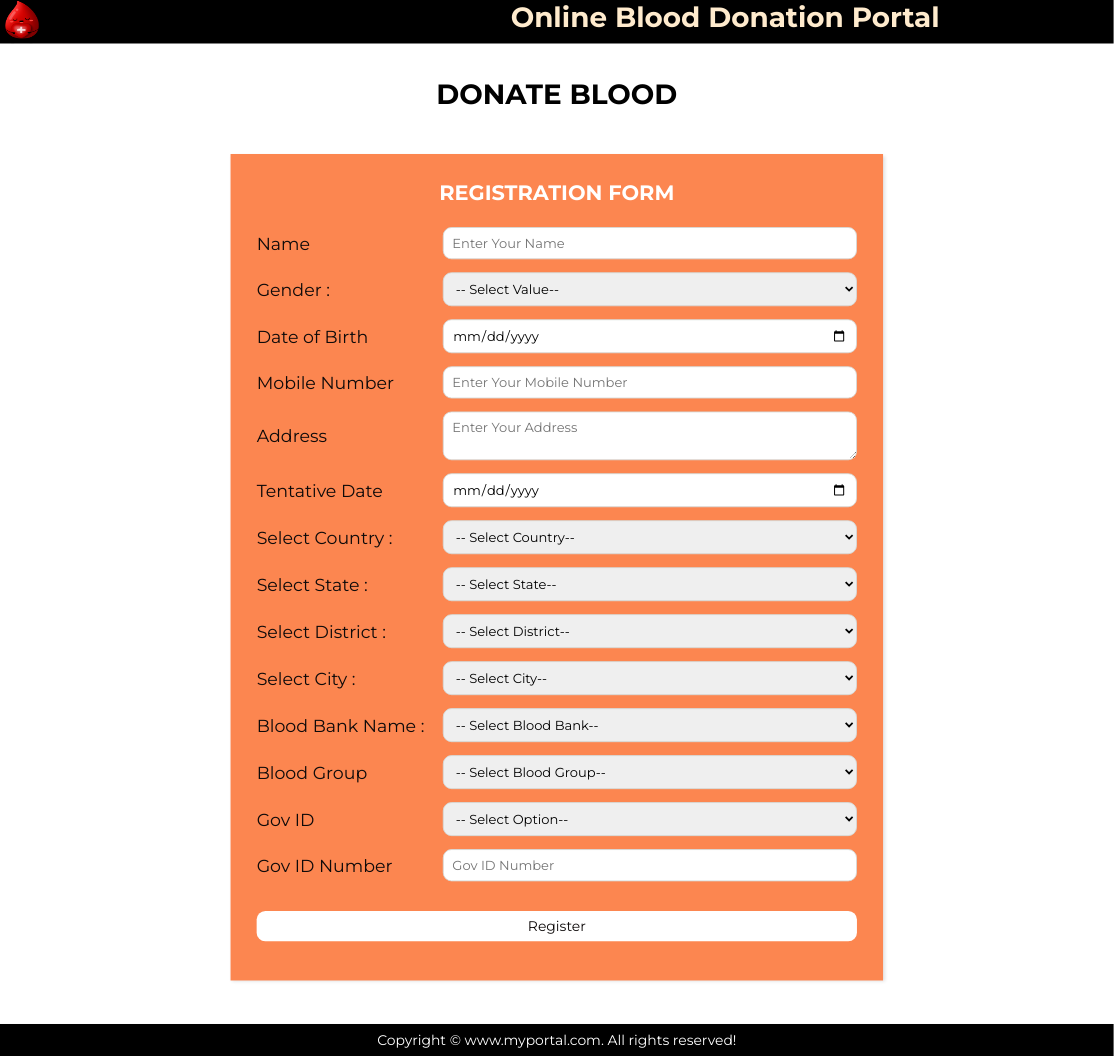
Repository: aditaya-burnwal/blood_donation_portal
Page: Donate Blood/donateblood.html
The author's editor kept a copy of each file at every save. The page is drawn from the files as they stood at one save, then again after the next save.
The browser window is 1280 px wide. The pictures show the whole page, at 87% of full size.

Above is the page before, as saved 2021-05-16 13:57:45.

After the next save:
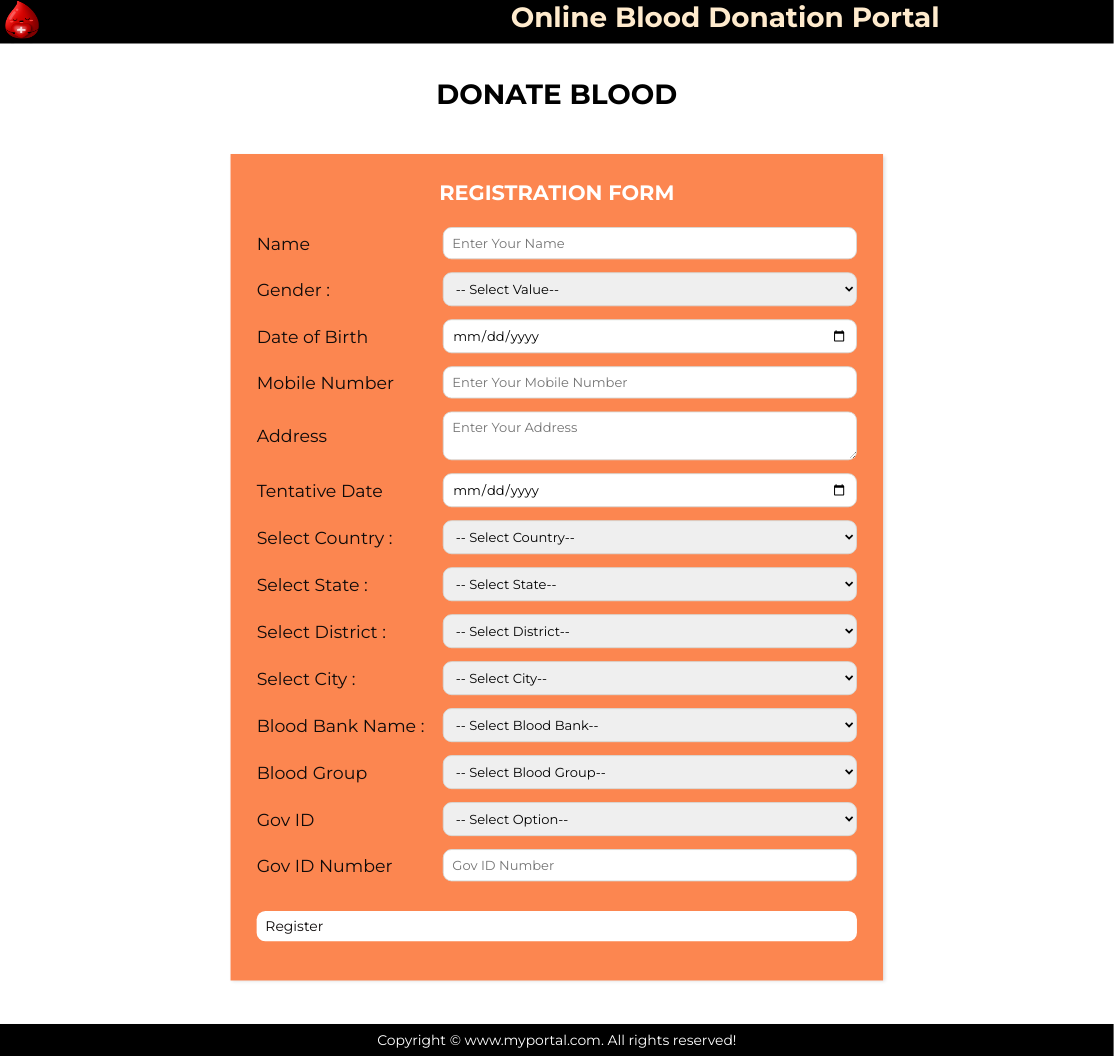
Saved 17 s later.
--- a/Donate Blood/donateblood.css
+++ b/Donate Blood/donateblood.css
@@ -88,6 +88,7 @@
 .submit{
   width: 100%;
   text-decoration: none;
+  fs
   text-align: center;
   color: #0e0a0a;
   background-color: white;

After the save that followed:
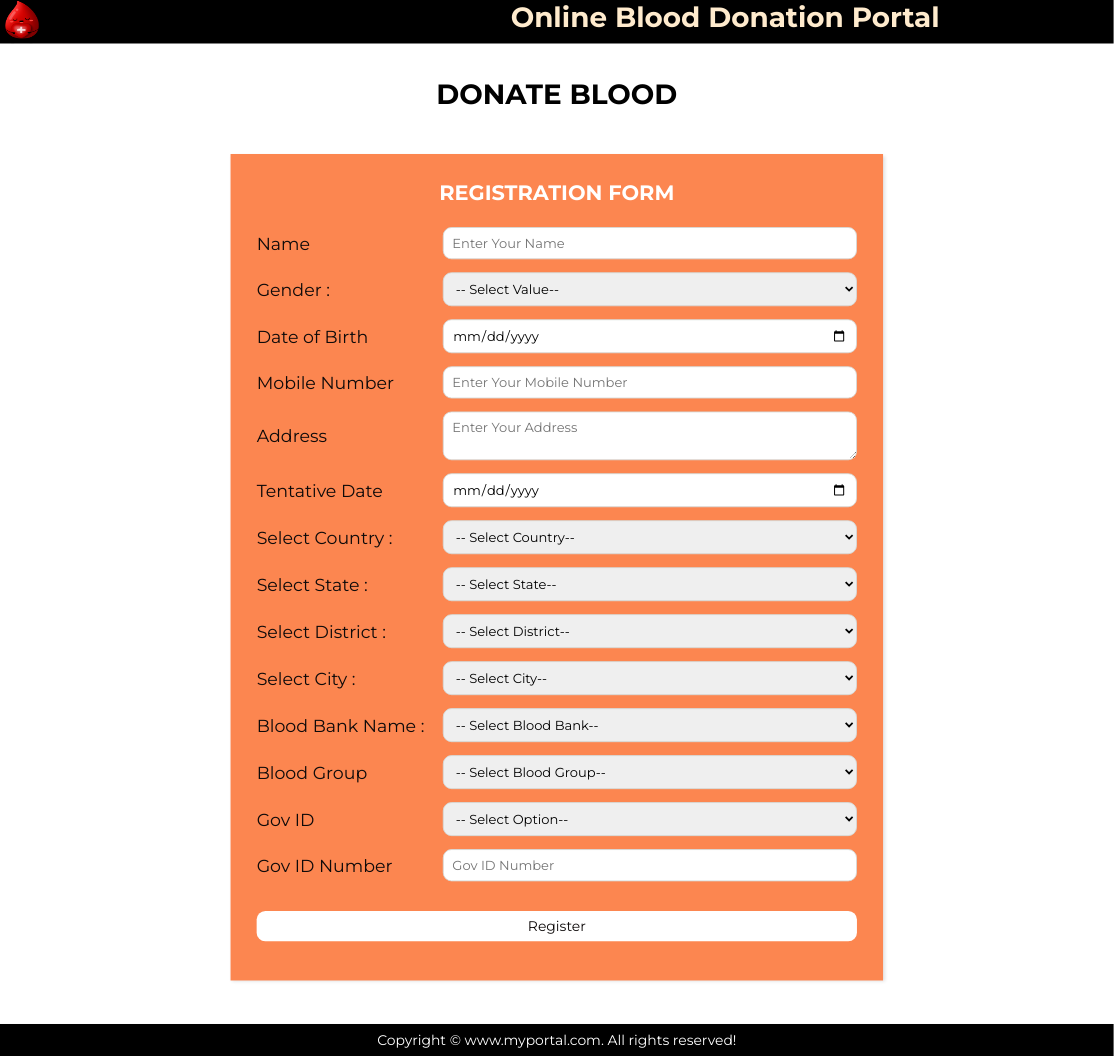
Saved 4 s later.
--- a/Donate Blood/donateblood.css
+++ b/Donate Blood/donateblood.css
@@ -88,7 +88,7 @@
 .submit{
   width: 100%;
   text-decoration: none;
-  fs
+
   text-align: center;
   color: #0e0a0a;
   background-color: white;
